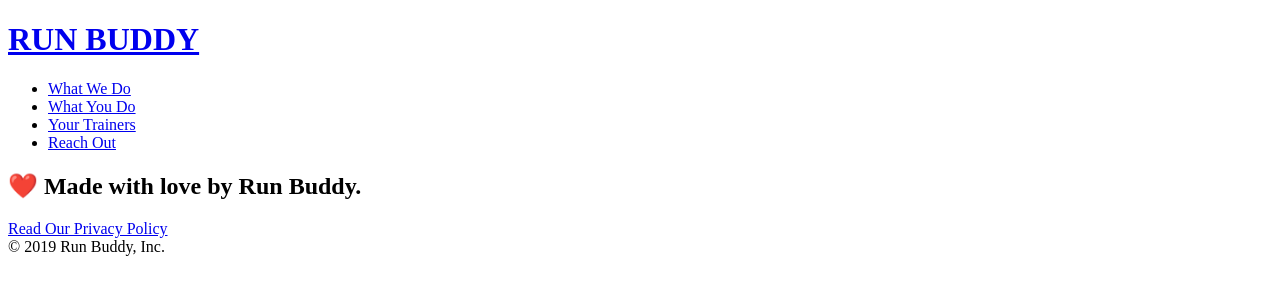
Repository: symlara/run-buddy
Page: privacy-policy.html
These files come from the project's save history. The page is drawn as it stood at one moment and after the next save; the edit follows.
The browser window is 1280 px wide. The pictures show the whole page.

Above is the page before, as saved 2020-12-10 21:29:41.

### privacy-policy.html
<!DOCTYPE html>
<html lang="en">
<head>
    <meta charset="UTF-8">
    <meta name="viewport" content="width=device-width, initial-scale=1.0">
    <title>Privacy-Policy - Run Buddy</title>
</head>
<body>
    <!-- nav -->
    <header>
        <h1>
          <a href="/">
            RUN BUDDY
          </a>
        </h1>
        <nav>
          <!-- Unordered list element -->
          <ul>
            <!-- List item element-->
            <li>
              <!-- Anchor element -->
              <a href="./index.html#what-we-do">What We Do</a>
            </li>
            <li>
              <a href="./index.html#what-you-do">What You Do</a>
            </li>
            <li>
              <a href="./index.html#your-trainers">Your Trainers</a>
            </li>
            <li>
              <a href="./index.html#reach-out">Reach Out</a>
            </li>
          </ul>
        </nav>
      </header>
      <section class="hero">

      </section>
      <!-- nav end -->

      <!-- footer -->
      <footer>
        <h2>❤️ Made with love by Run Buddy.</h2>
        <div>
          <a href="#">Read Our Privacy Policy</a><br />
          &copy; 2019 Run Buddy, Inc.
        </div>
      </footer>
      <!-- footer end -->
</body>
</html>

After the next save:
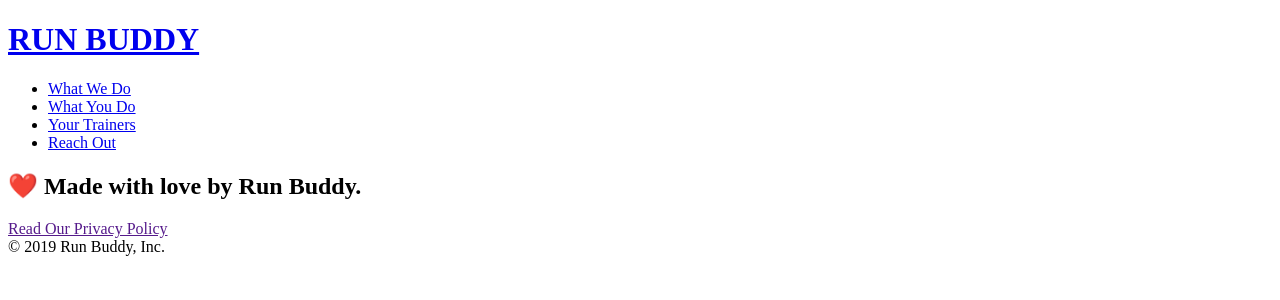
Saved 16 s later.
--- a/privacy-policy.html
+++ b/privacy-policy.html
@@ -42,7 +42,7 @@
       <footer>
         <h2>❤️ Made with love by Run Buddy.</h2>
         <div>
-          <a href="#">Read Our Privacy Policy</a><br />
+          <a href="">Read Our Privacy Policy</a><br />
           &copy; 2019 Run Buddy, Inc.
         </div>
       </footer>
